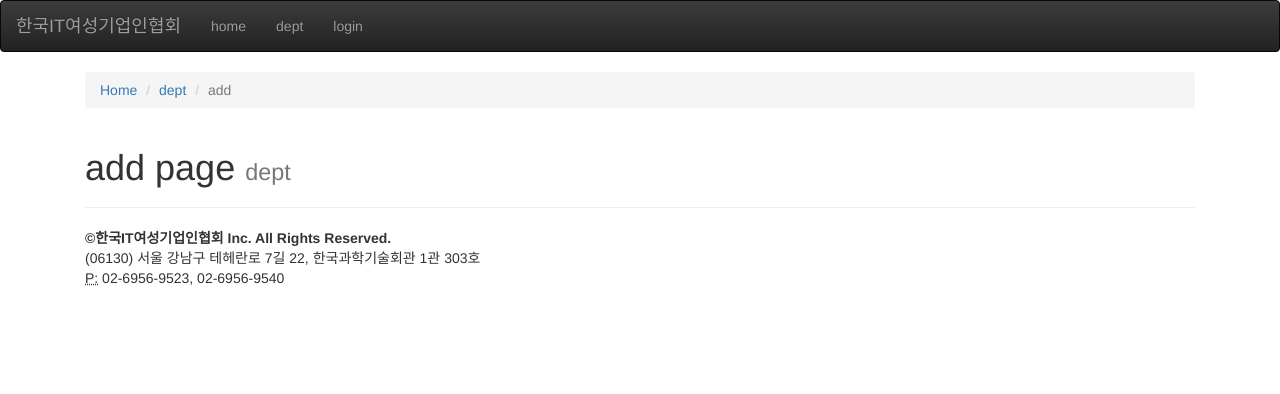
Repository: minho00123/sw-professional-training
Page: http://localhost/sts06/WEB-INF/views/dept/add.jsp
These files come from the project's save history. The page is drawn as it stood at one moment and after the next save; the edit follows.
The browser window is 1280 px wide. The pictures show the whole page.
The page is served by Tomcat 9. Nobody is signed in. The template is opened directly, without the code that normally fills it, so the values that code supplies are empty.

Above is the page before, as saved 2025-05-20 07:22:47.
Console error (its wording comes from the project's code and is left out).

After the next save:
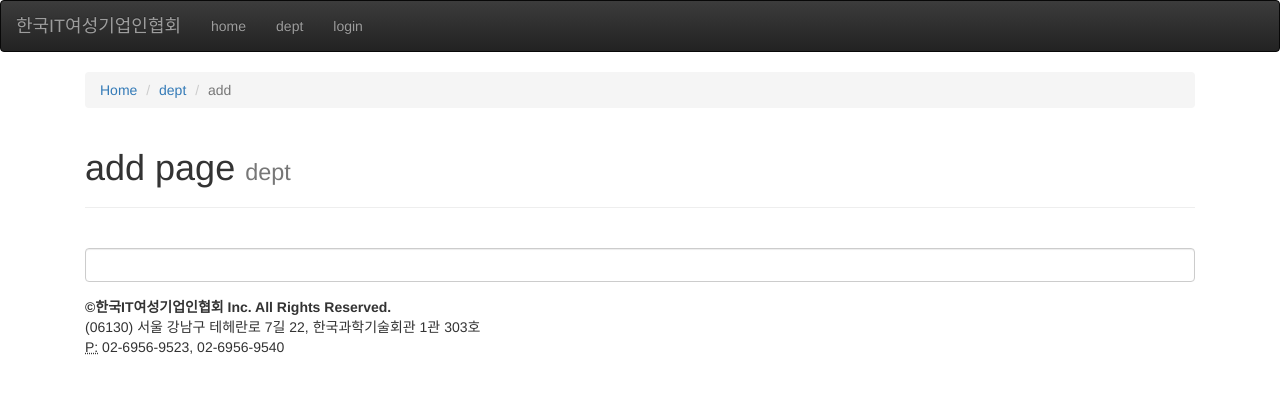
Saved 66 s later.
--- a/stsWorkspace/sts06/src/main/webapp/WEB-INF/views/dept/add.jsp
+++ b/stsWorkspace/sts06/src/main/webapp/WEB-INF/views/dept/add.jsp
@@ -19,7 +19,11 @@
 			add page <small>dept</small>
 		</h1>
 	</div>
-	<form action="add" method="post"></form>
+	<form action="add" method="post">
+		<div class="form-group">
+			<label></label><input name="" class="form-control" placeholder="" />
+		</div>
+	</form>
 	<%@ include file="../layout/footer.jspf"%>
 </body>
 </html>
